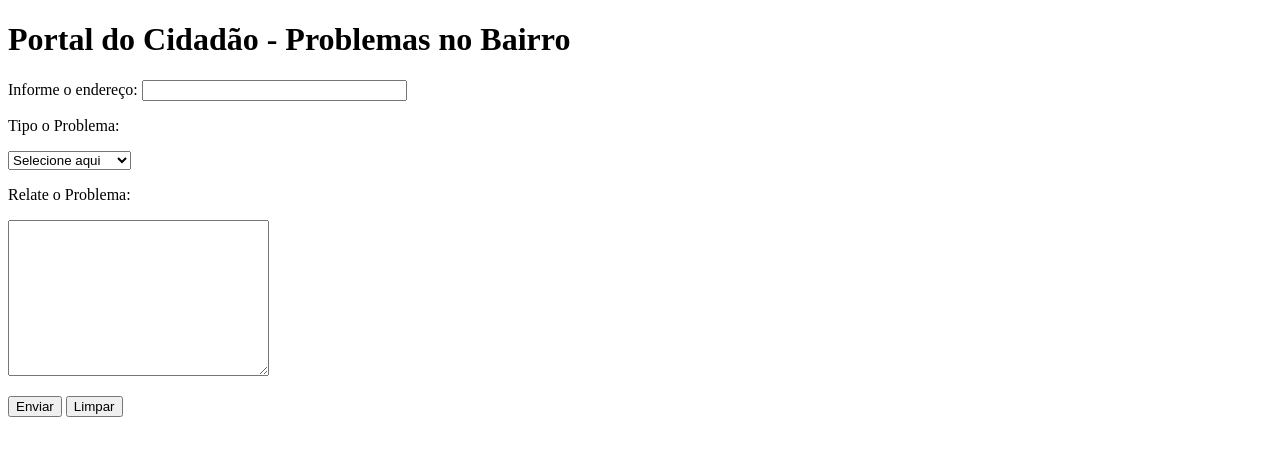
Repository: Marcelinalima/Java_JSP
Page: formulario_ex/src/main/webapp/reclamacoes.html
An editor plug-in stored every save of this project. The page is shown before and after the next save, followed by the edit.
The browser window is 1280 px wide. The pictures show the whole page.

Above is the page before, as saved 2023-04-17 14:45:54.

After the next save:
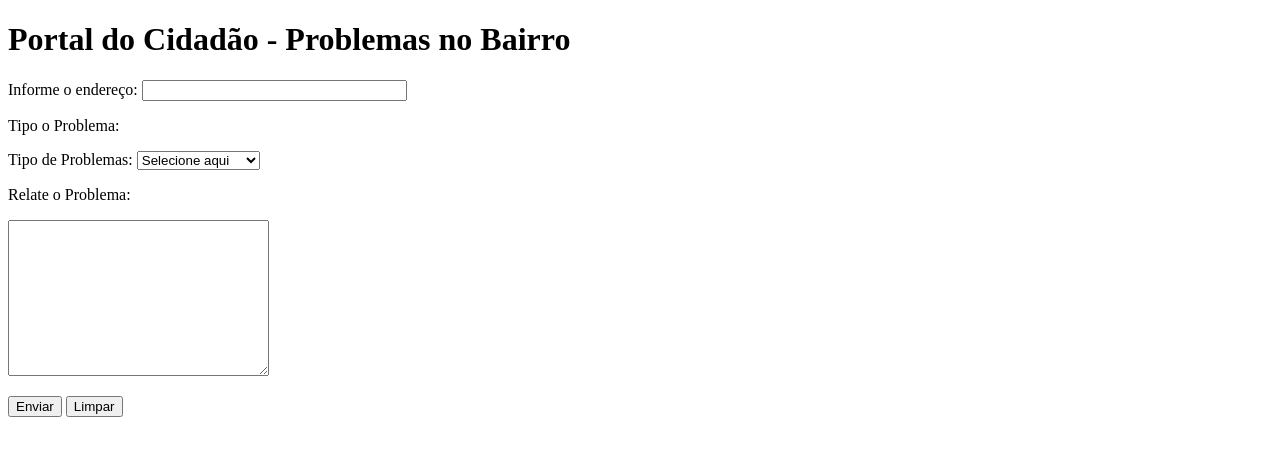
Saved 9 min 50 s later.
--- a/formulario_ex/src/main/webapp/reclamacoes.html
+++ b/formulario_ex/src/main/webapp/reclamacoes.html
@@ -13,6 +13,7 @@
 
 
 		<p>Tipo o Problema: </p>
+		<label for= "tipo de problema">Tipo de Problemas:</label>
 		<select name="Tipo de problema">
 		<option selected="selected" disabled>Selecione aqui</option>
 		<option value="hospitais"> Hospitais</option>
